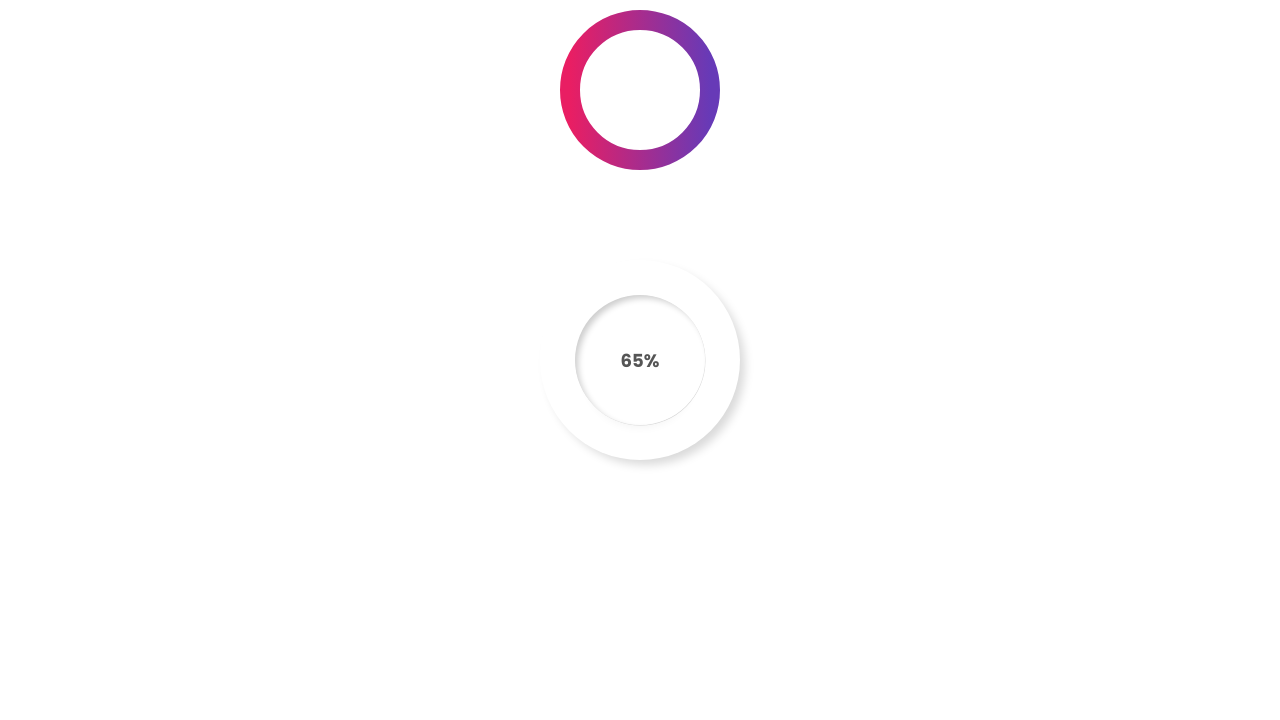
Repository: Ankitkr2021/Loader-Spinner
Page: index.html
An editor plug-in stored every save of this project. The page is shown before and after the next save, followed by the edit.
The browser window is 1280 px wide. The pictures show the whole page.

Above is the page before, as saved 2025-10-21 13:27:27.

### index.html
<!DOCTYPE html>
<html lang="en">
<head>
    <meta charset="UTF-8">
    <meta name="viewport" content="width=device-width, initial-scale=1.0">
    <title>Progress bar</title>
    <link rel="stylesheet" href="./style.css">
</head>
<body>
    <div class="circle">
        <div class="innercircle">
            <div id="number">65%</div>
        </div>
    </div>

    <svg xmlns="http://www.w3.org/2000/svg" version="1.1" width="160px" height="160px">
         <defs>
            <linearGradient id="GradientColor">
               <stop offset="0%" stop-color="#e91e63" />
               <stop offset="100%" stop-color="#673ab7" />
            </linearGradient>
         </defs>
         <circle cx="80" cy="80" r="70" stroke-linecap="round" />
 </svg>
</body>
</html>

### style.css
@import url('https://fonts.googleapis.com/css2?family=Poppins:wght@400;700&display=swap');

*{
    margin: 0;
    padding: 0;
    box-sizing: border-box;
    font-family: "Poppins",sans-serif;
}

body {
    display: flex;
    align-items: center;
    justify-content: center;
    height: 100vh;
    width: 100%;
}

.circle{
    display: flex;
    align-items: center;
    justify-content: center;
    height: 100vh;
    width: 200px;
    height: 200px;
    border-radius: 50%;
    padding: 35px;
    box-shadow: 6px 6px 10px -1px rgba(0,0,0,0.15),
                -6px -6px 10px -1px rgba(255,255,255,0.7);

}


.innercircle {
    width: 130px;
    height: 130px;
    border-radius: 50%;
    box-shadow: inset 4px 4px 6px -1px rgba(0,0,0,0.2),
                inset -4px -4px 6px -1px rgba(255,255,255,0.7), -0.5px -0.5px 0px rgba(255,255,255,1),  0.5px 0.5px 0px rgba(0,0,0,0.15), 0px 12px 10px -10px rgba(0,0,0,0.05);
}

#number {
    /* text-align: /center; */
     display: flex;
    align-items: center;
    justify-content: center;
    height: 100%;
    font-size: 18px;
    font-weight: 600;
    color: #555;
}

circle {
    fill: none;
    stroke: url(#GradientColor);
    stroke-width: 20px;
    stroke-dasharray: 472;
    stroke-dashoffset: 0;
}

svg {
    position: absolute;
    top: 10px;
    /* left: 10px; */
}

After the next save:
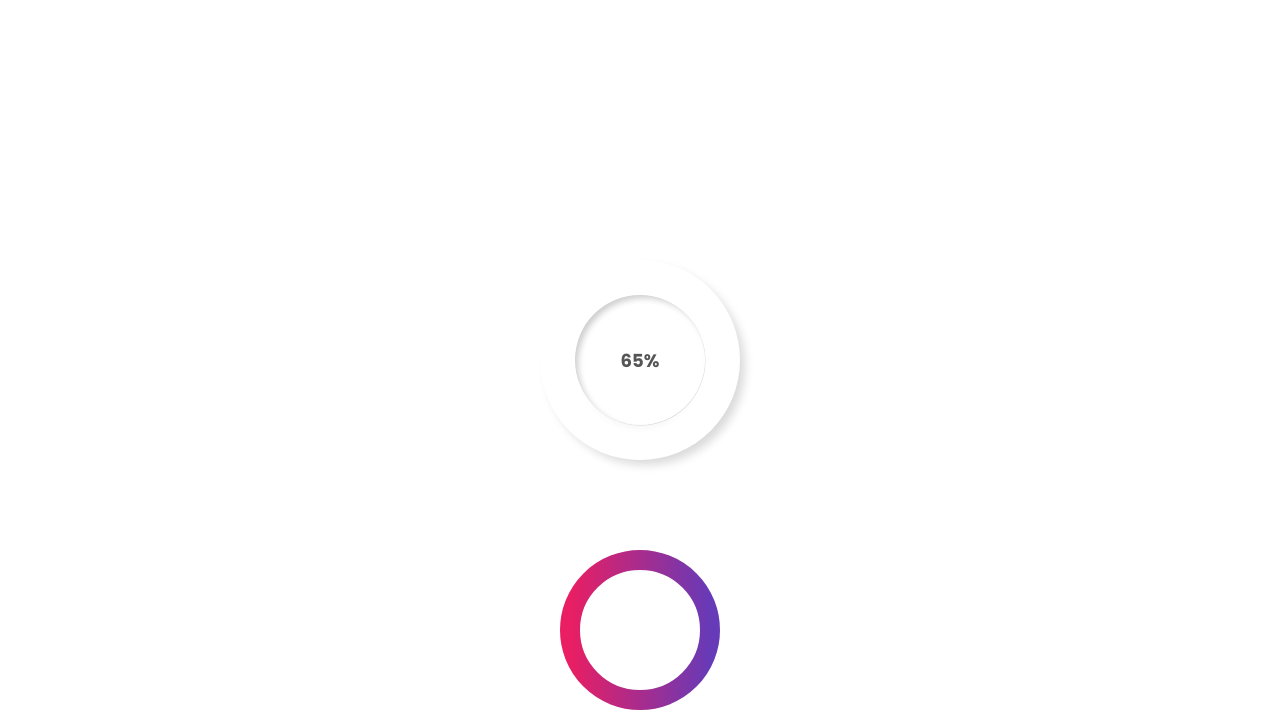
Saved 10 s later.
--- a/style.css
+++ b/style.css
@@ -59,6 +59,6 @@
 
 svg {
     position: absolute;
-    top: 10px;
-    /* left: 10px; */
+    bottom: 10px;
+
 }

After the save that followed:
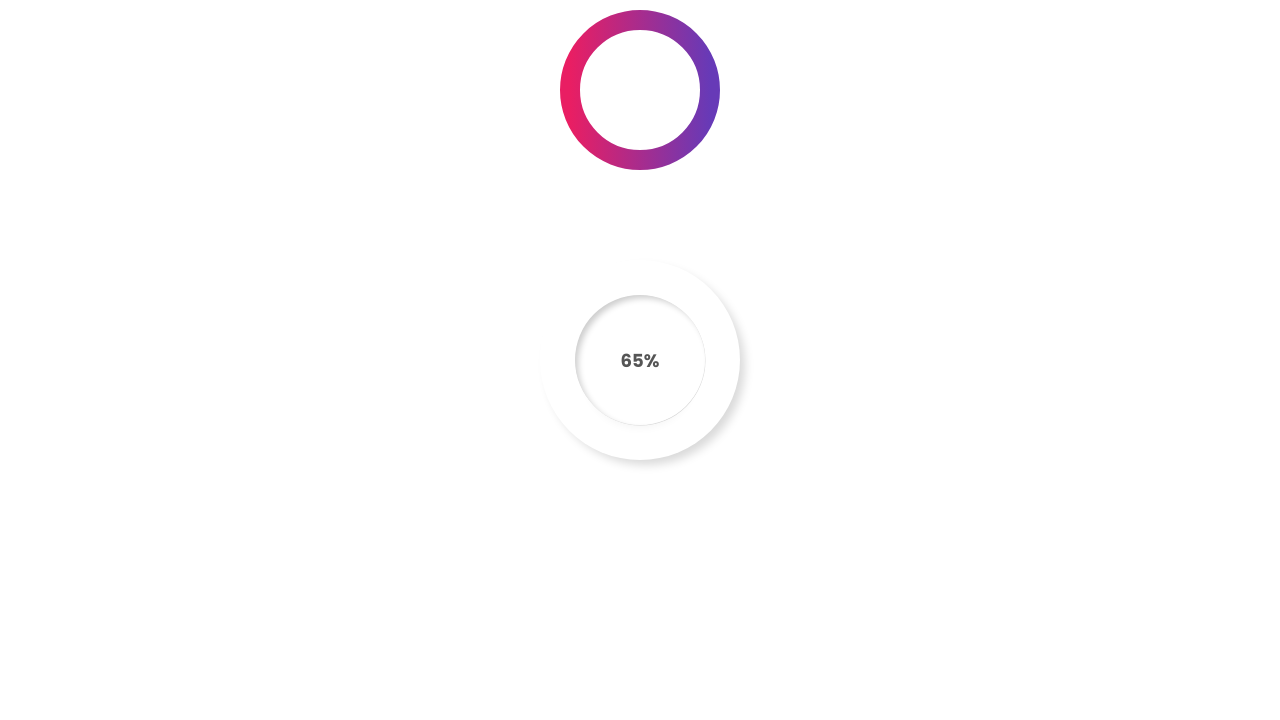
Saved 5 s later.
--- a/style.css
+++ b/style.css
@@ -60,5 +60,5 @@
 svg {
     position: absolute;
     bottom: 10px;
-
+    top: 10px;
 }
